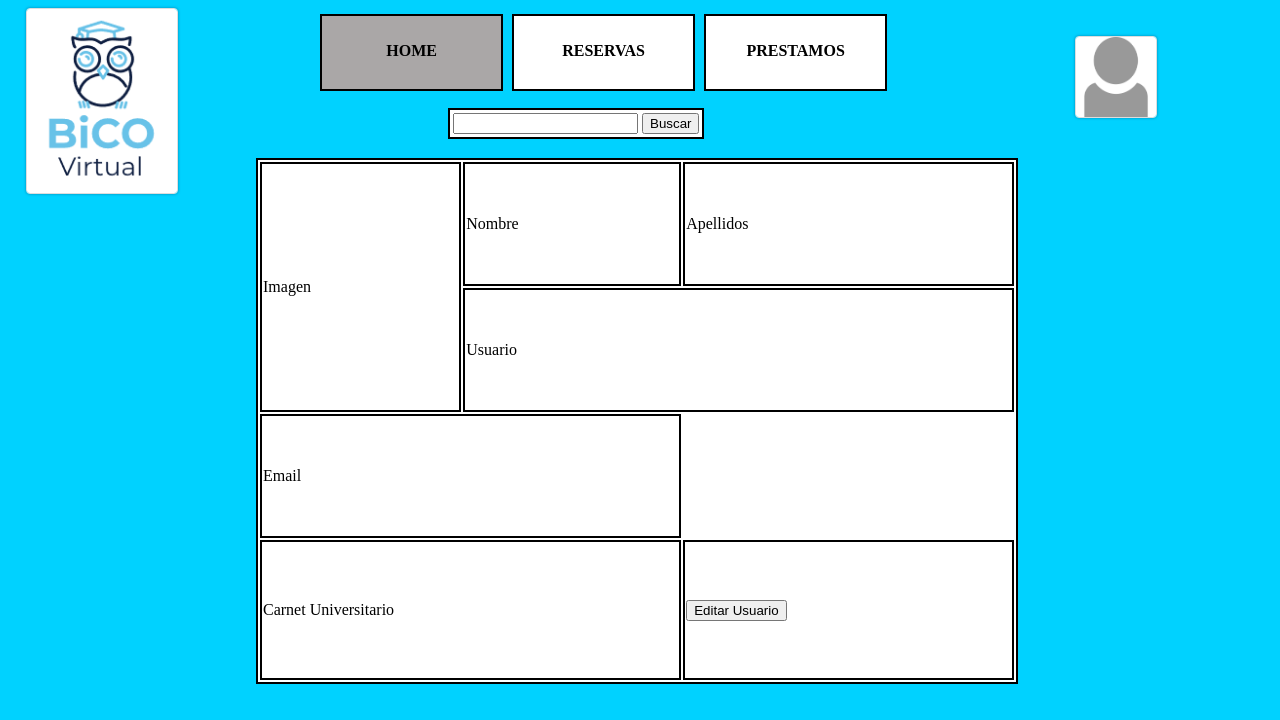
Repository: i72frpeu/IW_Bien
Page: http://localhost/Trabajo_IW/Vistas/Usuario.jsp
An editor plug-in stored every save of this project. The page is shown before and after the next save, followed by the edit.
The browser window is 1280 px wide. The pictures show the whole page.
The page is served by Tomcat 9. Other server files are loaded and not shown.

Above is the page before, as saved 2020-05-17 12:33:04.

### WorkSpace/Trabajo IW/WebContent/Vistas/Usuario.jsp
<%@ page language="java" contentType="text/html; charset=ISO-8859-1" pageEncoding="ISO-8859-1"%>
<%@ include file="../Includes/header.jsp" %>

<!DOCTYPE html>

<html>

<head>
	<meta charset="ISO-8859-1">
	<title>Usuario</title>
	<link rel="stylesheet" type="text/css" href="../CSS/header.css">
	<link rel="stylesheet" type="text/css" href="../CSS/wf4.0.css">
</head>

<body>
  <!--Roll de artículos-->

  <div class="buscador">
  	<form>
  		<table>
  		<tr>
  		<td><input type="text" name="buscar" required></td>
  		<td><input type="submit" value="Buscar"></td>
  		</tr>
  		</table>
  	</form>
  </div>

  <div class="div_home">
  		<table class = "tablalibro">
		<tr>
			<td class = "tdlibro" rowspan = 2> Imagen </td>  <td class = "tdlibro"> Nombre </td> <td class = "tdlibro"> Apellidos </td>
		</tr>
		<tr>
			<td class = "tdlibro" colspan = 2> Usuario </td>
		</tr>
		<tr>
			<td class = "tdlibro" colspan = 2> Email </td>
		</tr>
		<tr>
			<td class = "tdlibro" colspan = 2> Carnet Universitario </td> <td class = "tdlibro"> <a href = "Editar Usuario.jsp"><button>Editar Usuario</button></a> </td>
		</tr>
	</table>
  </div>


</body>

</html>

### WorkSpace/Trabajo IW/WebContent/Includes/header.jsp
<!DOCTYPE html>
<html>

<head>
	<meta charset="ISO-8859-1">
</head>

<body>
  <header class="main-header">
    <!--Definimos el logo-->
    <img src="../img/logo.PNG" alt="LOGO" class="logo_home">
    <!--Enlace a HOME-->
	<a href="../Home (Libros).jsp" class="link_home"><strong>HOME</strong></a>
    <!--Enlace a AMIGOS-->
    <a href="Home Reservas.jsp" class="link_amigos"><strong>RESERVAS</strong></a>
    <!--Enlace a BUSCADOR-->
    <a href="Home Prestamos.jsp" class="link_buscador"><strong>PRESTAMOS</strong></a>
    <!--Definimos imagen usuario-->
    <div>
      <img src="../img/profile-42914_960_720.png" alt="IMG_USER" class="img_user">
      <div class="options_user">
        <form>
        </form>
      </div>
    </div>
  </header>
 </body>
 </html>

### WorkSpace/Trabajo IW/WebContent/CSS/header.css
body
{
	background-color: rgb(0,210,255);
}


/*153x100 pixeles*/
.logo_home
{
	position: fixed;
	left: 2%;
	width: 150px;
	margin-right: 5%;
	border: 1px solid #ddd;
  	border-radius: 4px;
  	box-shadow: 0 0 2px 1px rgba(0, 140, 186, 0.5);
}

.img_user
{
	position: fixed;
	left: 82%;
	top: 5%;
	width: 80px;
	height: 80px;
	margin-left: 2%;
	border: 1px solid #ddd;
  	border-radius: 4px;
  	box-shadow: 0 0 2px 1px rgba(0, 140, 186, 0.5);
}
.options_user
{
	position: fixed;
	top: 18%;
	left: 84%;
}


.link_home
{
	background-color: white;
	border: 2px solid black;
	color: black;
	text-decoration: none;
	padding: 2%;
	left: 25%;
	top:2%;
	width: 10%;
	height: 3%;
	text-align: center;
	position: fixed;
}

.link_amigos
{
	background-color: white;
	border: 2px solid black;
	color: black;
	text-decoration: none;
	padding: 2%;
	left: 40%;
	top:2%;
	width: 10%;
	height: 3%;
	text-align: center;
	position: fixed;
}

.link_buscador
{
	background-color: white;
	border: 2px solid black;
	color: black;
	text-decoration: none;
	padding: 2%;
	left: 55%;
	top:2%;
	width: 10%;
	height: 3%;
	text-align: center;
	position: fixed;
}

.link_foro
{
	background-color: white;
	border: 2px solid black;
	color: black;
	text-decoration: none;
	padding: 2%;
	left: 65%;
	top:2%;
	width: 10%;
	height: 3%;
	text-align: center;
	position: fixed;
}

div.div_lista_amigos
{
	background-color: white;
	border: 2px solid black;
	position: fixed;
	left: 2%;
	top: 40%;
	width: 10%;
	height: 45%;
	padding: 2%;
	overflow: auto;
}

.boton_cir
{
	border-radius: 200px 200px 200px 200px;
	-moz-border-radius: 200px 200px 200px 200px;
	-webkit-border-radius: 200px 200px 200px 200px;
	left: 85%;
	top: 75%;
	width: 100px;
	height: 100px;
	font-size: 80px;
	position: fixed;
	border: 0;
	color: white;
	background-color: rgb(0, 46, 255);
	box-shadow: 0 4px 8px 0 rgba(0, 0, 0, 0.2), 0 6px 20px 0 rgba(0, 0, 0, 0.19);
 }

a.sobre
{
	position: fixed;
	left: 30%;
	top: 96%;
}

a.tecnico
{
	position: fixed;
	left: 60%;
	top: 96%;
}

.div_home
{
	background-color: white;
	border: 2px solid black;
	position: fixed;
	left: 20%;
	right: 20.5%;
	top:22%;
	bottom: 5%;
	color: black;
	overflow: auto;
}

.img_user_2
{
	top: 5px;
	left: 5px;
	height: 50px;
	width: 50px;
	border: 1px solid #ddd;
  	border-radius: 4px;
}
table.uno
{
	border: 2px solid black;
	border-spacing: 20px 10px;

	width: 100%;

}

table.dos
{
	border: 2px solid white;
	border-spacing: 10px;
	width: 100%;

}
.td_user_des
{
	border: 2px solid black;
	width: 50%;
}

.buscador
{
	position: relative;
	top: 2%;
	left: 15%;

}
.q_buscador
{
	width: 60%;
}

### WorkSpace/Trabajo IW/WebContent/CSS/wf4.0.css
.link_home
{
	background-color: rgb(170, 167, 167);
}

div.buscador
{
	background-color: white;
	border: 2px solid black;
	position: fixed;
	top: 15%;
	left: 35%;
}

table.tablalibro
{
	width: 100%;
	border: 2px;
	height: 100%;
}

.tdlibro
{
	border: 2px solid black;
}

.autor
{
	position: relative;
	left: 40px;
}

.paginas
{
	position: relative;
	left: 10px;
}

.imagenlibro
{
	position: relative;
	top: 1px;
	left: 40px;
	height: 100px;
	width: 100px;
	border: 1px solid #ddd;
  	border-radius: 4px;
}

.guardar_libro
{
	background-color: white;
	border: 2px solid black;
	position: fixed;
	top: 75%;
	left: 85%;
}

.nombrelibro
{
	height: 80px;
	width: 100px;
}

.autorlibro{
	height: 80px;
	width: 100px;
}

After the next save:
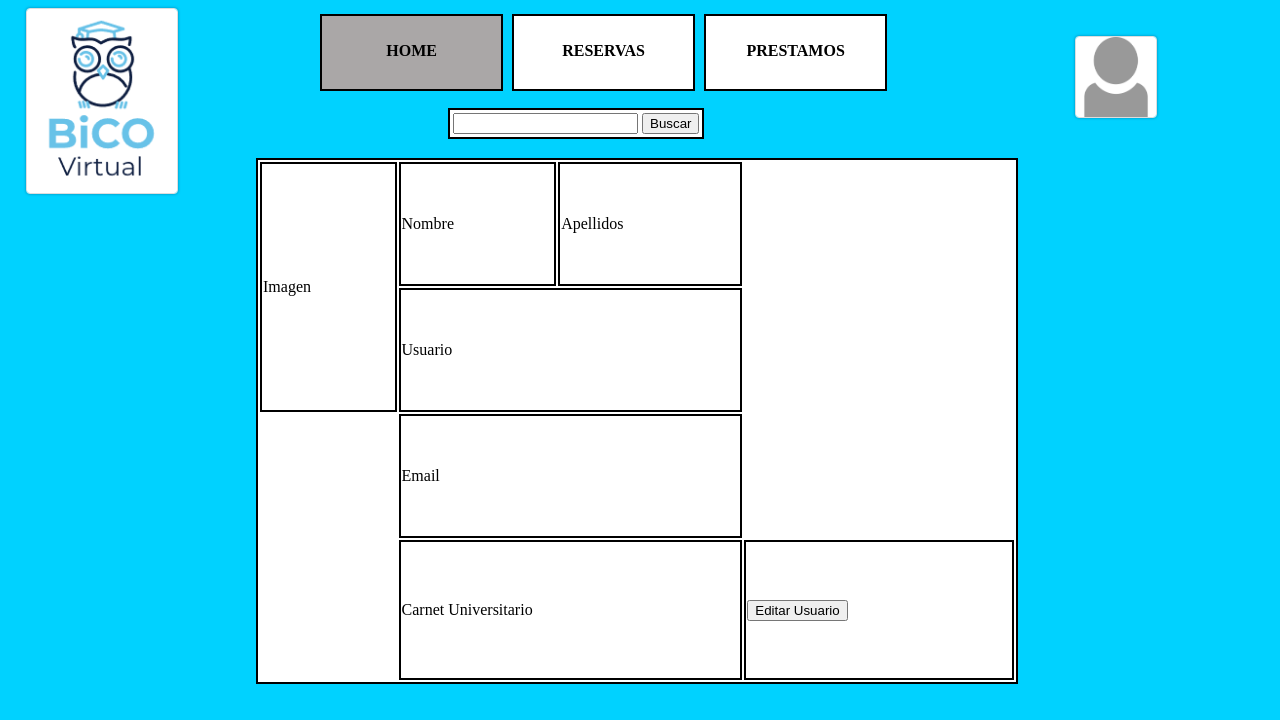
Saved 16 s later.
--- a/WorkSpace/Trabajo IW/WebContent/Vistas/Usuario.jsp
+++ b/WorkSpace/Trabajo IW/WebContent/Vistas/Usuario.jsp
@@ -35,10 +35,10 @@
 			<td class = "tdlibro" colspan = 2> Usuario </td>
 		</tr>
 		<tr>
-			<td class = "tdlibro" colspan = 2> Email </td>
+			<td></td><td class = "tdlibro" colspan = 2> Email </td>
 		</tr>
 		<tr>
-			<td class = "tdlibro" colspan = 2> Carnet Universitario </td> <td class = "tdlibro"> <a href = "Editar Usuario.jsp"><button>Editar Usuario</button></a> </td>
+			<td></td><td class = "tdlibro" colspan = 2> Carnet Universitario </td> <td class = "tdlibro"> <a href = "Editar Usuario.jsp"><button>Editar Usuario</button></a> </td>
 		</tr>
 	</table>
   </div>
